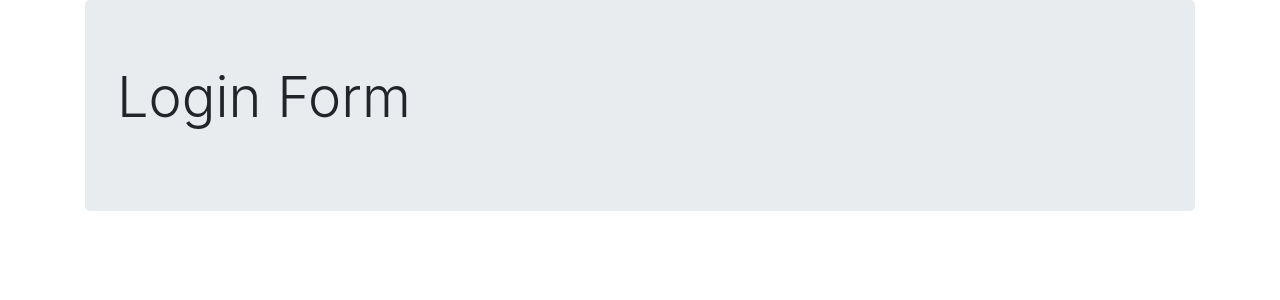
Repository: amar468S/Ng-templateDrivenForm
Page: /
An editor plug-in stored every save of this project. The page is shown before and after the next save, followed by the edit.
The browser window is 1280 px wide. The pictures show the whole page.
Some web libraries are served in a nearby version. The project was rebuilt for these pictures with package versions that can differ from the ones it lists, and the page was loaded fresh each time. Also part of the build but not shown: angular.json.

Above is the page before, as saved 2019-02-03 15:41:21.

### src/index.html
<!doctype html>
<html lang="en">
<head>
  <meta charset="utf-8">
  <title>NgTemplateForms</title>
  <base href="/">

  <meta name="viewport" content="width=device-width, initial-scale=1">
  <link rel="icon" type="image/x-icon" href="favicon.ico">
  <!-- CSS -->
  <link rel="stylesheet" href="https://stackpath.bootstrapcdn.com/bootstrap/4.2.1/css/bootstrap.min.css" integrity="sha384-GJzZqFGwb1QTTN6wy59ffF1BuGJpLSa9DkKMp0DgiMDm4iYMj70gZWKYbI706tWS" crossorigin="anonymous">

  <!-- JS -->
  <script src="https://code.jquery.com/jquery-3.3.1.slim.min.js" integrity="sha384-q8i/X+965DzO0rT7abK41JStQIAqVgRVzpbzo5smXKp4YfRvH+8abtTE1Pi6jizo" crossorigin="anonymous"></script>
  <script src="https://cdnjs.cloudflare.com/ajax/libs/popper.js/1.14.6/umd/popper.min.js" integrity="sha384-wHAiFfRlMFy6i5SRaxvfOCifBUQy1xHdJ/yoi7FRNXMRBu5WHdZYu1hA6ZOblgut" crossorigin="anonymous"></script>
  <script src="https://stackpath.bootstrapcdn.com/bootstrap/4.2.1/js/bootstrap.min.js" integrity="sha384-B0UglyR+jN6CkvvICOB2joaf5I4l3gm9GU6Hc1og6Ls7i6U/mkkaduKaBhlAXv9k" crossorigin="anonymous"></script>

</head>
<body>
  <app-root></app-root>
</body>
</html>

### src/app/app.component.html
<div class="container">

    <div class="jumbotron">
      <p class="display-4">Login Form</p>
    </div>
</div>

Loaded but not shown: src/styles.css (common file); src/main.ts (common file); src/app/app.module.ts (common file); src/environments/environment.ts (common file); src/app/app.component.ts (common file); src/app/app.component.css (no stored copy; drawn as an empty file)

After the next save:
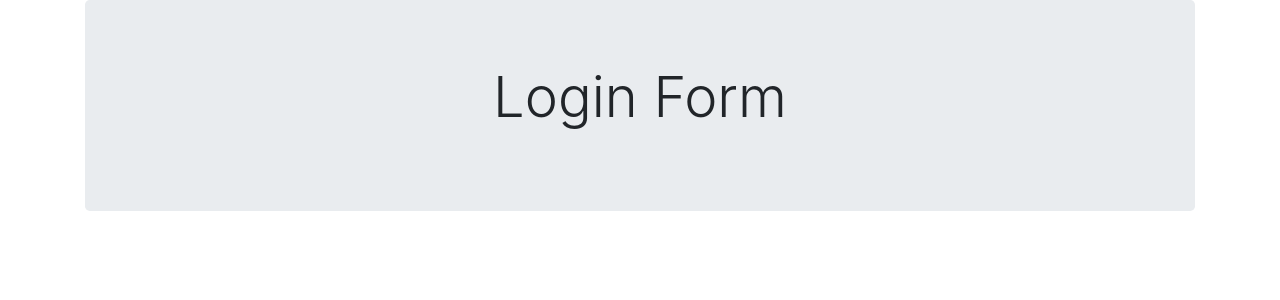
Saved 11 s later.
--- a/src/app/app.component.html
+++ b/src/app/app.component.html
@@ -1,6 +1,6 @@
 <div class="container">
 
     <div class="jumbotron">
-      <p class="display-4">Login Form</p>
+      <p class="display-4 text-center">Login Form</p>
     </div>
 </div>
